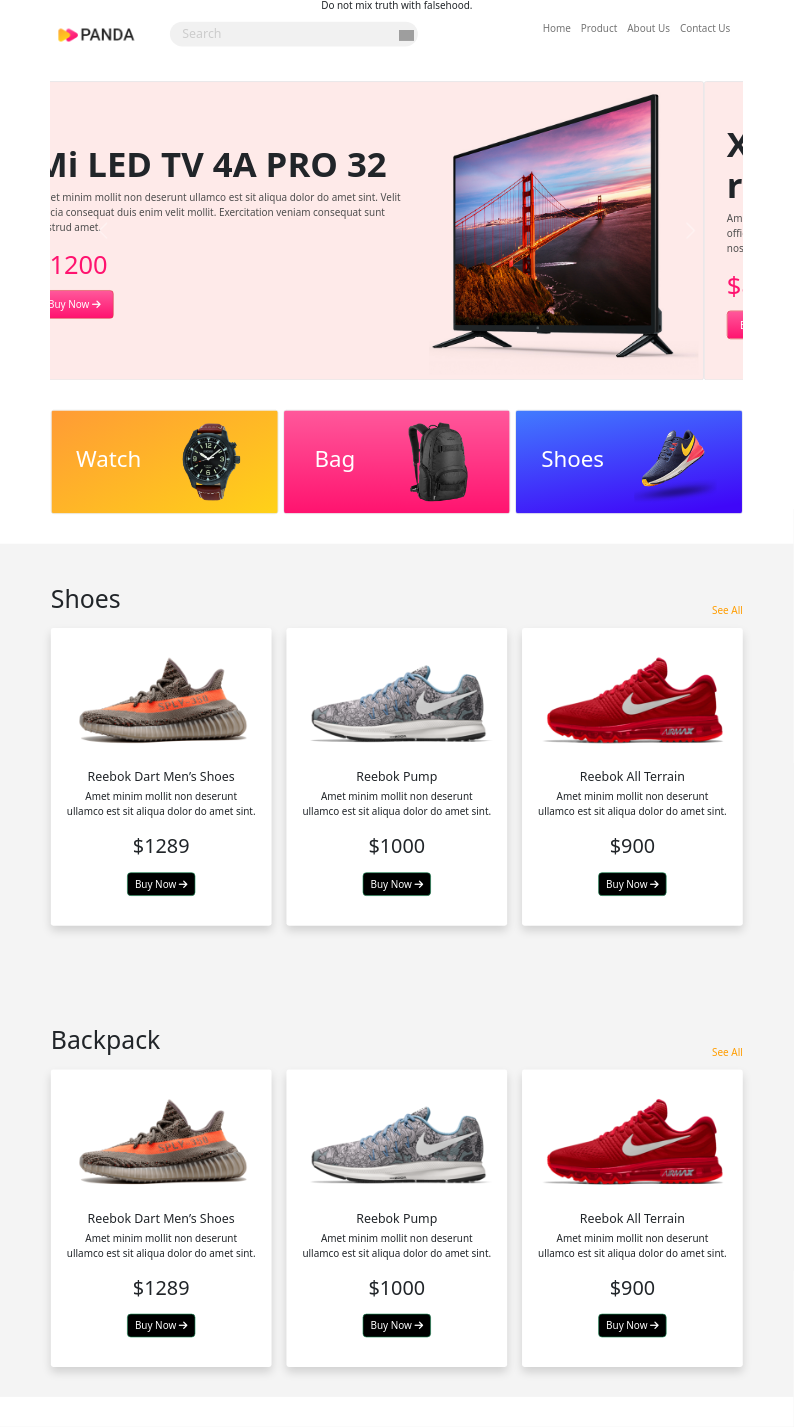
Repository: zjria/panda-e-commerce-
Page: index.html
These files come from the project's save history. The page is drawn as it stood at one moment and after the next save; the edit follows.
The browser window is 1280 px wide. The pictures show the whole page, at 62% of full size.
Pictures or frames that could not be fetched are drawn as grey boxes.

Above is the page before, as saved 2022-10-04 10:13:14.

### index.html
<!DOCTYPE html>
<html lang="en">

<head>
    <meta charset="UTF-8">
    <meta http-equiv="X-UA-Compatible" content="IE=edge">
    <meta name="viewport" content="width=device-width, initial-scale=1.0">
    <title>Panda E-Commerce Bootstrap</title>
    <!-- Bootstrap CSS Link -->
    <link href="https://cdn.jsdelivr.net/npm/bootstrap@5.0.2/dist/css/bootstrap.min.css" rel="stylesheet"
        integrity="sha384-EVSTQN3/azprG1Anm3QDgpJLIm9Nao0Yz1ztcQTwFspd3yD65VohhpuuCOmLASjC" crossorigin="anonymous">
    <!-- Font Awesome CDN Link -->
    <link rel="stylesheet" href="https://cdnjs.cloudflare.com/ajax/libs/font-awesome/6.2.0/css/all.min.css"
        integrity="sha512-xh6O/CkQoPOWDdYTDqeRdPCVd1SpvCA9XXcUnZS2FmJNp1coAFzvtCN9BmamE+4aHK8yyUHUSCcJHgXloTyT2A=="
        crossorigin="anonymous" referrerpolicy="no-referrer" />
    <!-- Custom CSS -->
    <link rel="stylesheet" href="style.css">


</head>

<body>

    <h6 class="text-center">Do not mix truth with falsehood.</h6>

    <!-- Header Section Start -->

    <header class="container">
        <nav class="navbar navbar-expand-lg navbar-light bg-white">
            <div class="container">
                <a class="navbar-brand" href="#"> <img src="images/logo.png" class="img-fluid w-75"
                        alt="Header_logo"></a>

                <button class="navbar-toggler" type="button" data-bs-toggle="collapse"
                    data-bs-target="#navbarSupportedContent" aria-controls="navbarSupportedContent"
                    aria-expanded="false" aria-label="Toggle navigation">
                    <span class="navbar-toggler-icon"></span>
                </button>

                <form action="" class="d-flex search-bar">
                    <input type="text" placeholder="Search" name="q">
                    <button type="submit"><img class="img-fluid" src="images/search.png" alt=""></button>
                </form>


                <div class="collapse navbar-collapse pt-0" id="navbarSupportedContent">
                    <ul class="navbar-nav mb-2 mb-lg-0">
                        <li class="nav-item">
                            <a class="nav-link" href="#">Home</a>
                        </li>
                        <li class="nav-item">
                            <a class="nav-link" href="#">Product</a>
                        </li>
                        <li class="nav-item">
                            <a class="nav-link" href="#">About Us</a>
                        </li>
                        <li class="nav-item">
                            <a class="nav-link" href="#">Contact Us</a>
                        </li>
                    </ul>
                </div>
            </div>
        </nav>

        <!-- Slide Section Start -->
        <div id="carouselExampleControls" class="carousel slide mt-5" data-bs-ride="carousel">
            <div class="carousel-inner">
                <div class="carousel-item active border rounded slide-bg-color">
                    <div class="row">
                        <div class="col-lg-7 ps-5 d-flex align-items-center">
                            <div class="text-degain">
                                <h1>Mi LED TV 4A PRO 32</h1>
                                <p class="pb-2">Amet minim mollit non deserunt ullamco est sit aliqua dolor do amet
                                    sint. Velit
                                    officia
                                    consequat duis enim velit mollit. Exercitation veniam consequat sunt nostrud amet.
                                </p>
                                <h2 class="pb-2">$1200</h2>
                                <button class="btn btn-danger">Buy Now <i class="fa-solid fa-arrow-right"></i></button>
                            </div>
                        </div>
                        <div class="col-lg-5 images-fixed">
                            <img src="images/banner-images/tv.png" class="d-block w-100 p-2" alt="...">
                        </div>
                    </div>
                </div>
                <div class="carousel-item border rounded slide-bg-color">
                    <div class="row">
                        <div class="col-lg-7 ps-5 d-flex align-items-center">
                            <div class="text-degain">
                                <h1>X-Box for your living room</h1>
                                <p class="pb-2">Amet minim mollit non deserunt ullamco est sit aliqua dolor do amet
                                    sint. Velit
                                    officia
                                    consequat duis enim velit mollit. Exercitation veniam consequat sunt nostrud amet.
                                </p>
                                <h2 class="pb-2">$820</h2>
                                <button class="btn btn-danger">Buy Now <i class="fa-solid fa-arrow-right"></i></button>
                            </div>
                        </div>
                        <div class="col-lg-5 images-fixed">
                            <img src="images/banner-images/xbox.png" class="d-block w-100 p-2" alt="...">
                        </div>
                    </div>
                </div>
                <div class="carousel-item border rounded slide-bg-color">
                    <div class="row">
                        <div class="col-lg-7 ps-5 d-flex align-items-center">
                            <div class="text-degain">
                                <h1>Coll Dude Headphone</h1>
                                <p class="pb-2">Amet minim mollit non deserunt ullamco est sit aliqua dolor do amet
                                    sint. Velit
                                    officia
                                    consequat duis enim velit mollit. Exercitation veniam consequat sunt nostrud amet.
                                </p>
                                <h2 class="pb-2">$420</h2>
                                <button class="btn btn-danger">Buy Now <i class="fa-solid fa-arrow-right"></i></button>
                            </div>
                        </div>
                        <div class="col-lg-5 images-fixed">
                            <img src="images/banner-images/headphone.png" class="d-block w-100 p-2" alt="...">
                        </div>
                    </div>
                </div>
            </div>
            <button class="carousel-control-prev" type="button" data-bs-target="#carouselExampleControls"
                data-bs-slide="prev">
                <span class="carousel-control-prev-icon" aria-hidden="true"></span>
                <span class="visually-hidden">Previous</span>
            </button>
            <button class="carousel-control-next" type="button" data-bs-target="#carouselExampleControls"
                data-bs-slide="next">
                <span class="carousel-control-next-icon" aria-hidden="true"></span>
                <span class="visually-hidden">Next</span>
            </button>
        </div>
    </header>


    <!-- Main Section Start -->
    <main class="my-5">
        <div class="container">
            <div class="row g-2">
                <div class="col-12 col-md-6 col-lg-4">
                    <div class="p-3 border rounded-3 background-color-one categories d-flex justify-content-around">
                        <h3 class="text-white">Watch</h3>
                        <img src="images/categories/watch.png" alt="">
                    </div>
                </div>
                <div class="col-12 col-md-6 col-lg-4">
                    <div class="p-3 border rounded-3 background-color-tow categories d-flex justify-content-around">
                        <h3 class="text-white">Bag</h3>
                        <img src="images/categories/bag.png" alt="">
                    </div>
                </div>
                <div class="col-12 col-md-6 col-lg-4">
                    <div class="p-3 border rounded-3 background-color-three categories d-flex justify-content-around">
                        <h3 class="text-white">Shoes</h3>
                        <img src="images/categories/shoes.png" alt="">
                    </div>
                </div>
            </div>
        </div>

        <!-- Show Section Start -->
        <article class="show-bg my-5">
            <section class="container my-5 py-5">
                <div class="show-header-text d-flex">
                    <h1>Shoes</h1>
                    <p class="pt-5">See All</p>
                </div>
                <div class="row row-cols-1 row-cols-md-2 row-cols-lg-3 g-4">
                    <div class="col">
                        <div class="card h-100 border border-0 shadow p-2 mb-4 bg-body rounded">
                            <img src="images/shoes/shoe-1.png" class="card-img-top" alt="...">
                            <div class="card-body text-center">
                                <h5 class="card-title">Reebok Dart Men’s Shoes</h5>
                                <p class="card-text ">Amet minim mollit non deserunt ullamco est sit aliqua dolor do
                                    amet
                                    sint. </p>
                                <h2 class="my-4">$1289</h2>
                                <button class="btn btn-success">Buy Now <i class="fa-solid fa-arrow-right"></i></button>
                            </div>
                        </div>
                    </div>
                    <div class="col">
                        <div class="card h-100 border border-0 shadow p-2 mb-4 bg-body rounded">
                            <img src="images/shoes/shoe-2.png" class="card-img-top" alt="...">
                            <div class="card-body text-center">
                                <h5 class="card-title">Reebok Pump</h5>
                                <p class="card-text ">Amet minim mollit non deserunt ullamco est sit aliqua dolor do
                                    amet
                                    sint. </p>
                                <h2 class="my-4">$1000</h2>
                                <button class="btn btn-success">Buy Now <i class="fa-solid fa-arrow-right"></i></button>
                            </div>
                        </div>
                    </div>
                    <div class="col">
                        <div class="card h-100 border border-0 shadow p-2 mb-4 bg-body rounded">
                            <img src="images/shoes/shoe-3.png" class="card-img-top" alt="...">
                            <div class="card-body text-center">
                                <h5 class="card-title">Reebok All Terrain</h5>
                                <p class="card-text ">Amet minim mollit non deserunt ullamco est sit aliqua dolor do
                                    amet
                                    sint. </p>
                                <h2 class="my-4">$900</h2>
                                <button class="btn btn-success">Buy Now <i class="fa-solid fa-arrow-right"></i></button>
                            </div>
                        </div>
                    </div>



                </div>
            </section>

            <!-- Bag Section Start -->
            <section class="container my-5 py-5">
                <div class="show-header-text d-flex">
                    <h1>Backpack</h1>
                    <p class="pt-5">See All</p>
                </div>
                <div class="row row-cols-1 row-cols-md-2 row-cols-lg-3 g-4">
                    <div class="col">
                        <div class="card h-100 border border-0 shadow p-2 mb-4 bg-body rounded">
                            <img src="images/shoes/shoe-1.png" class="card-img-top" alt="...">
                            <div class="card-body text-center">
                                <h5 class="card-title">Reebok Dart Men’s Shoes</h5>
                                <p class="card-text ">Amet minim mollit non deserunt ullamco est sit aliqua dolor do
                                    amet
                                    sint. </p>
                                <h2 class="my-4">$1289</h2>
                                <button class="btn btn-success">Buy Now <i class="fa-solid fa-arrow-right"></i></button>
                            </div>
                        </div>
                    </div>
                    <div class="col">
                        <div class="card h-100 border border-0 shadow p-2 mb-4 bg-body rounded">
                            <img src="images/shoes/shoe-2.png" class="card-img-top" alt="...">
                            <div class="card-body text-center">
                                <h5 class="card-title">Reebok Pump</h5>
                                <p class="card-text ">Amet minim mollit non deserunt ullamco est sit aliqua dolor do
                                    amet
                                    sint. </p>
                                <h2 class="my-4">$1000</h2>
                                <button class="btn btn-success">Buy Now <i class="fa-solid fa-arrow-right"></i></button>
                            </div>
                        </div>
                    </div>
                    <div class="col">
                        <div class="card h-100 border border-0 shadow p-2 mb-4 bg-body rounded">
                            <img src="images/shoes/shoe-3.png" class="card-img-top" alt="...">
                            <div class="card-body text-center">
                                <h5 class="card-title">Reebok All Terrain</h5>
                                <p class="card-text ">Amet minim mollit non deserunt ullamco est sit aliqua dolor do
                                    amet
                                    sint. </p>
                                <h2 class="my-4">$900</h2>
                                <button class="btn btn-success">Buy Now <i class="fa-solid fa-arrow-right"></i></button>
                            </div>
                        </div>
                    </div>



                </div>
            </section>
        </article>

    </main>




    <!-- Bootstrap JavaScript Link -->
    <script src="https://cdn.jsdelivr.net/npm/bootstrap@5.0.2/dist/js/bootstrap.bundle.min.js"
        integrity="sha384-MrcW6ZMFYlzcLA8Nl+NtUVF0sA7MsXsP1UyJoMp4YLEuNSfAP+JcXn/tWtIaxVXM" crossorigin="anonymous">
    </script>
</body>

</html>

### style.css
.search-bar {
    width: 100%;
    max-width: 400px;
    height: 40px;
    background: #F1F1F1;
    border-radius: 66px;

}

.search-bar input {
    background: transparent;
    flex: 1;
    border: 0;
    outline: none;
    padding: 12px 20px;
    font-size: 20px;

}

::placeholder {
    color: #CCCCCC;
}

.search-bar button {
    background: transparent;
    border: 0;
    outline: none;
}

.search-bar button img {
    width: 25px;
    color: #CCCCCC;
}

div#navbarSupportedContent {
    margin-top: -20px;
    text-align: end;
    justify-content: end;
}

.slide-bg-color {
    background: #FEEAE9;
}

.text-degain p {
    color: #4E4E4E;
}

.text-degain>h1 {
    font-weight: 700;
    font-size: 56px;
}

.text-degain>h2 {
    font-weight: 500;
    font-size: 41px;
    color: #FF136F;
}

.text-degain button {
    background: linear-gradient(180deg, #FF589B -0.01%, #FF136F 99.99%);
    border-radius: 6px;
    padding: 10px 20px;
}

.background-color-one {
    background: linear-gradient(152.07deg, #FF9C35 1.47%, #FFD019 97.17%);
    align-items: center;
}

.background-color-tow {
    background: linear-gradient(180deg, #FF589B -0.01%, #FF136F 99.99%);
    align-items: center;
}

.background-color-three {
    background: linear-gradient(170.41deg, #4289FF -10.89%, #3F07F8 92.77%);
    align-items: center;
}

.categories h3 {
    font-weight: 500;
    font-size: 36px;
}

.categories img {
    width: 40%;
}

.show-bg {
    background: #F4F4F4;
}

.show-header-text {
    justify-content: space-between;
    align-items: center;
    text-align: center;
}

.show-header-text p {
    color: #FF9D00;
}

.show-bg button {
    background: #000000;
    border-radius: 6px;
}

After the next save:
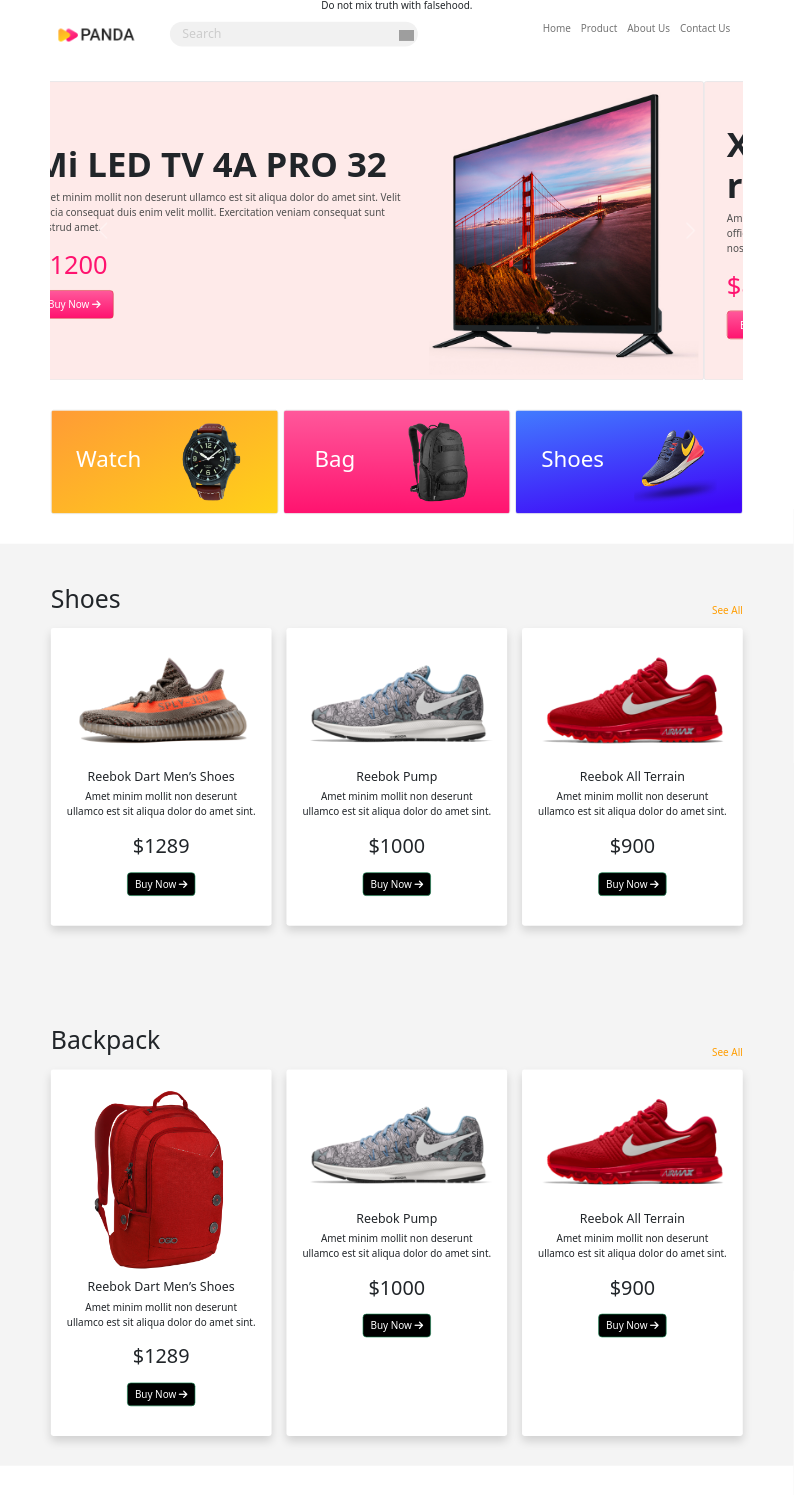
Saved 16 s later.
--- a/index.html
+++ b/index.html
@@ -224,7 +224,7 @@
                 <div class="row row-cols-1 row-cols-md-2 row-cols-lg-3 g-4">
                     <div class="col">
                         <div class="card h-100 border border-0 shadow p-2 mb-4 bg-body rounded">
-                            <img src="images/shoes/shoe-1.png" class="card-img-top" alt="...">
+                            <img src="images/bags/bag-1.png" class="card-img-top" alt="...">
                             <div class="card-body text-center">
                                 <h5 class="card-title">Reebok Dart Men’s Shoes</h5>
                                 <p class="card-text ">Amet minim mollit non deserunt ullamco est sit aliqua dolor do
